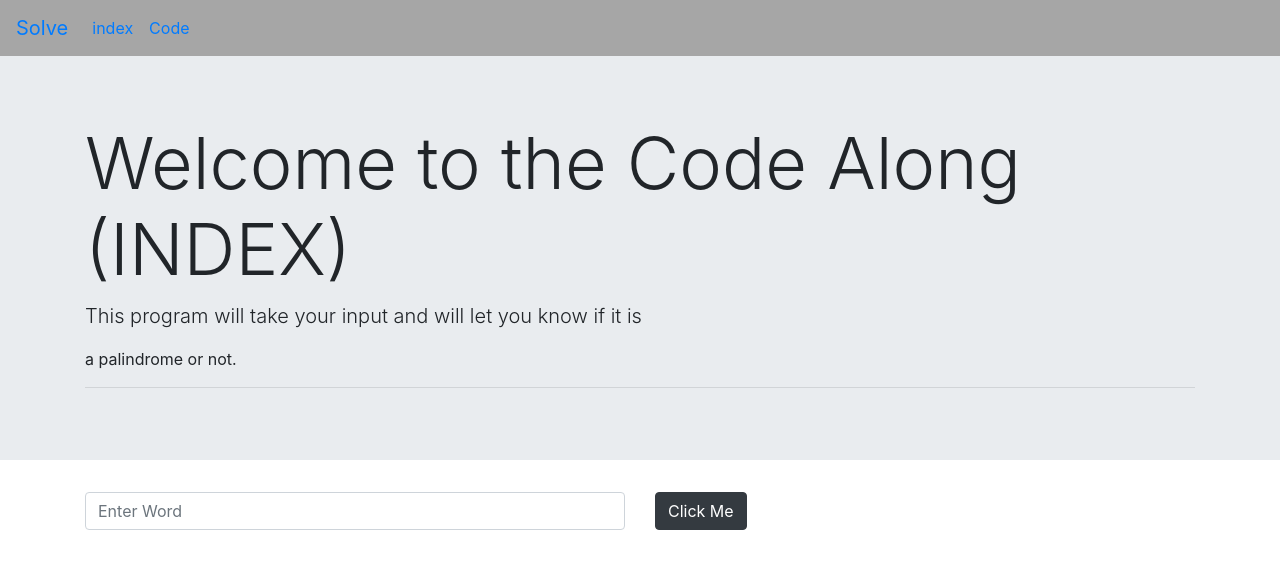
Repository: zhadjah9559/TacocatGrammar
Page: solve.html
These files come from the project's save history. The page is drawn as it stood at one moment and after a run of saves; the edit follows.
The browser window is 1280 px wide. The pictures show the whole page.

Above is the page before, as saved 2021-01-11 23:26:46.

### solve.html
<!doctype html>
<html lang="en">
  <head>
    <title>Solve</title>
    <!-- Required meta tags -->
    <meta charset="utf-8">
    <meta name="viewport" content="width=device-width, initial-scale=1, shrink-to-fit=no">

    <!-- Bootstrap CSS -->
    <link rel="stylesheet" href="https://stackpath.bootstrapcdn.com/bootstrap/4.3.1/css/bootstrap.min.css" integrity="sha384-ggOyR0iXCbMQv3Xipma34MD+dH/1fQ784/j6cY/iJTQUOhcWr7x9JvoRxT2MZw1T" crossorigin="anonymous">
  </head>
  <body>


    <nav class="navbar navbar-expand-sm" style="background-color: #A6A6A6;">
        <a class="navbar-brand" href="#">Solve</a>
        <button class="navbar-toggler d-lg-none" type="button" data-toggle="collapse" data-target="#collapsibleNavId" aria-controls="collapsibleNavId"
            aria-expanded="false" aria-label="Toggle navigation"></button>
        <div class="collapse navbar-collapse" id="collapsibleNavId">
            <ul class="navbar-nav mr-auto mt-2 mt-lg-0">
                <li class="nav-item active">
                    <a class="nav-link" href="index.html">index <span class="sr-only">(current)</span></a>
                </li>
                <li class="nav-item">
                    <a class="nav-link" href="code.html">Code</a>
                </li>
            </ul>
        </div>
    </nav>


    <div class="jumbotron jumbotron-fluid">
        <div class="container">
            <h1 class="display-3">Welcome to the Code Along (INDEX)</h1>
            <p class="lead">This program will take your input and will let you know if it is</p>
                        <p> a palindrome or not. </p>
            <hr class="my-2">
        </div>
    </div>

    <div class="container">
        <div class="row">
            <!--col 2 is input-->
            <div class="col">
                <input id="input2" type="text" class="form-control" placeholder="Enter Word">
            </div>

            <!--col 3 is a button-->
            <!--but is what we'll use to iplement listner-->
            <div class="col">
                <button id="btnDemo" class="btn btn-dark">Click Me</button>
            </div>
        </div>
    </div>




    <!-- Optional JavaScript -->
    <!-- jQuery first, then Popper.js, then Bootstrap JS -->
    <script src="https://code.jquery.com/jquery-3.3.1.slim.min.js" integrity="sha384-q8i/X+965DzO0rT7abK41JStQIAqVgRVzpbzo5smXKp4YfRvH+8abtTE1Pi6jizo" crossorigin="anonymous"></script>
    <script src="https://cdnjs.cloudflare.com/ajax/libs/popper.js/1.14.7/umd/popper.min.js" integrity="sha384-UO2eT0CpHqdSJQ6hJty5KVphtPhzWj9WO1clHTMGa3JDZwrnQq4sF86dIHNDz0W1" crossorigin="anonymous"></script>
    <script src="https://stackpath.bootstrapcdn.com/bootstrap/4.3.1/js/bootstrap.min.js" integrity="sha384-JjSmVgyd0p3pXB1rRibZUAYoIIy6OrQ6VrjIEaFf/nJGzIxFDsf4x0xIM+B07jRM" crossorigin="anonymous"></script>
  </body>
</html>

After the next 2 saves:
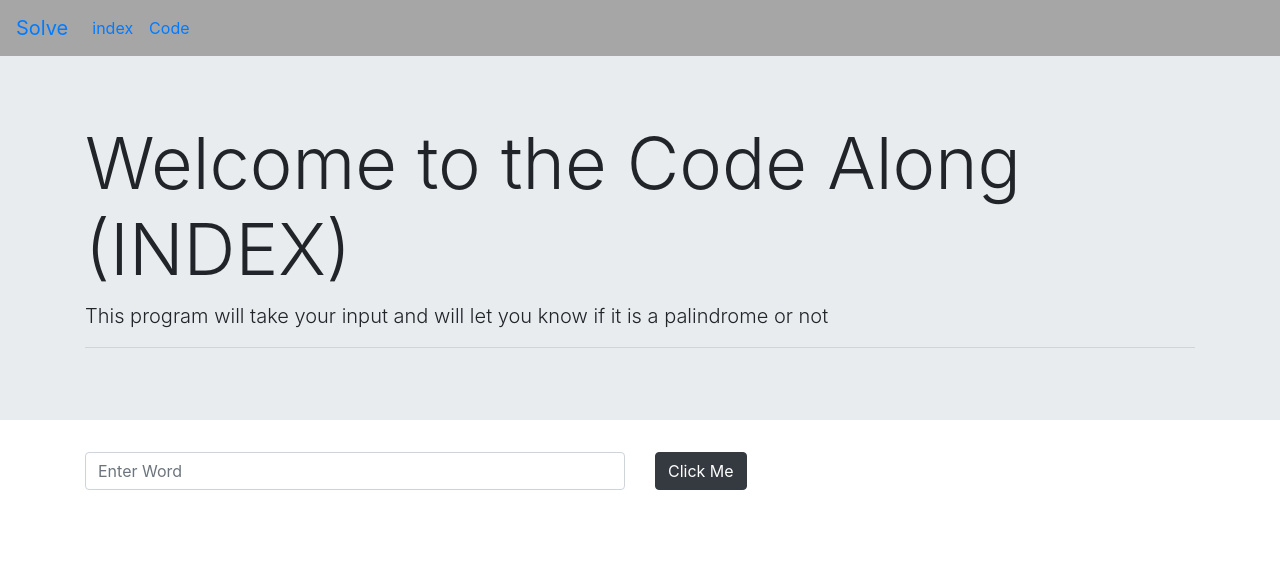
The 2 saves are shown as one change because they came seconds apart.
The last was saved 19 s later.
--- a/solve.html
+++ b/solve.html
@@ -32,8 +32,7 @@
     <div class="jumbotron jumbotron-fluid">
         <div class="container">
             <h1 class="display-3">Welcome to the Code Along (INDEX)</h1>
-            <p class="lead">This program will take your input and will let you know if it is</p>
-                        <p> a palindrome or not. </p>
+            <p class="lead">This program will take your input and will let you know if it is a palindrome or not</p>
             <hr class="my-2">
         </div>
     </div>
